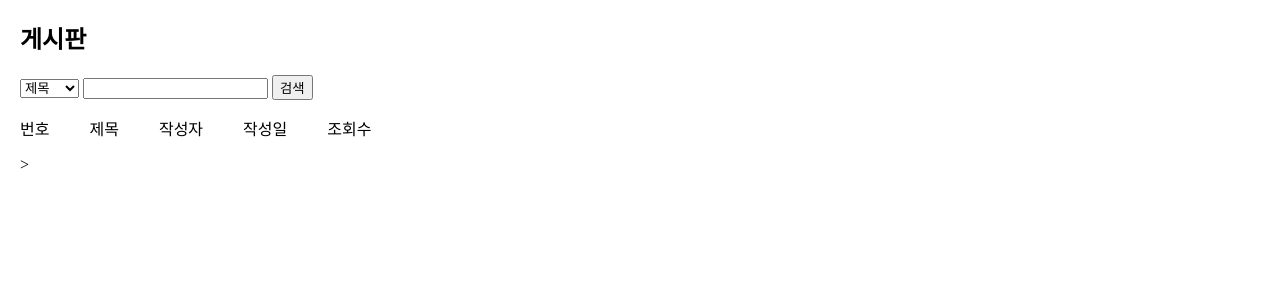
Repository: anydevil0812/board_subject
Page: http://localhost/board/main.jsp
The author's editor kept a copy of each file at every save. The page is drawn from the files as they stood at one save, then again after the next save.
The browser window is 1280 px wide. The pictures show the whole page.
The page is served by Tomcat 9.

Above is the page before, as saved 2024-10-25 04:32:09.

After the next save:
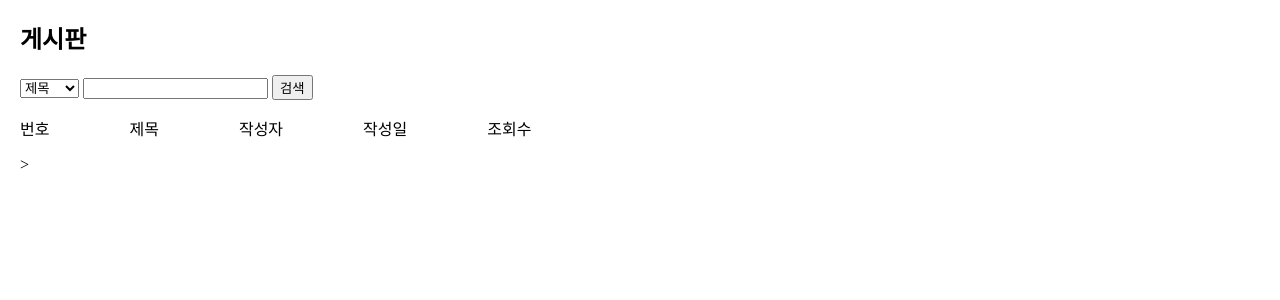
Saved 11 s later.
--- a/board/src/main/webapp/css/1.css
+++ b/board/src/main/webapp/css/1.css
@@ -12,7 +12,7 @@ body {
 }
 
 .board-title dt {
-	margin-right: 40px;
+	margin-right: 80px;
 }
 
 .forward {
